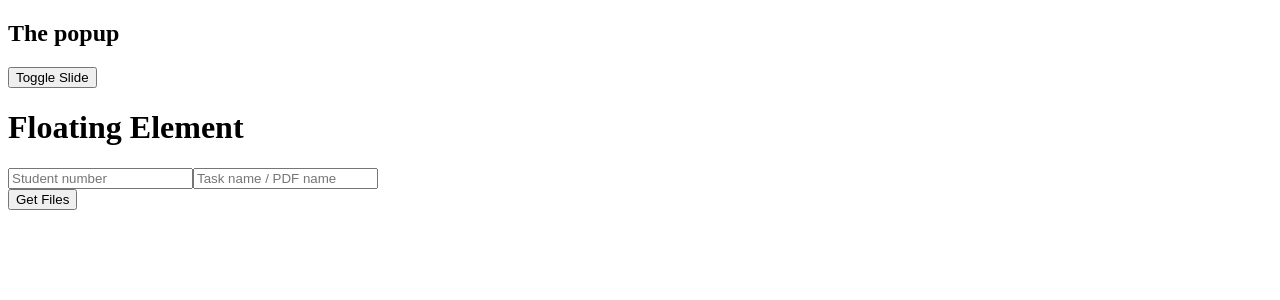
Repository: Morta-Organization/Dropbox-File-Finder-UI-popup-chrome-extension
Page: popup.html
The author's editor kept a copy of each file at every save. The page is drawn from the files as they stood at one save, then again after the next save.
The browser window is 1280 px wide. The pictures show the whole page.

Above is the page before, as saved 2023-04-13 09:11:32.
Console error: TypeError: Cannot read properties of undefined (reading 'textContent')

After the next save:
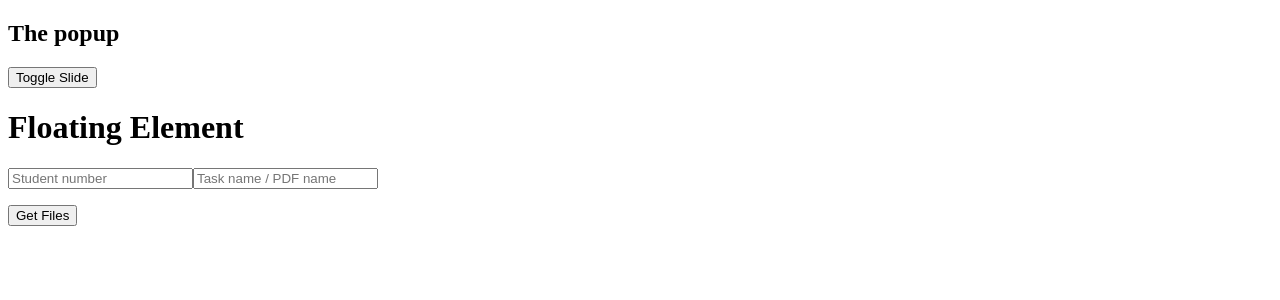
Saved 2 min 16 s later.
--- a/content.js
+++ b/content.js
@@ -2,7 +2,7 @@
 let inputField1 = document.createElement("input");
 let inputField2 = document.createElement("input");
 let getFilesBtn = document.createElement("button");
-
+let folderList = document.createElement("ul")
 
 // Function to create the UI elements
 function createUI() {
@@ -45,6 +45,7 @@ function createUI() {
   floatingElement.appendChild(header);
   inputContainer.appendChild(inputField1);
   inputContainer.appendChild(inputField2);
+  inputContainer.appendChild(folderList);
   inputContainer.appendChild(getFilesBtnContainer);
   floatingElement.appendChild(inputContainer);
 
